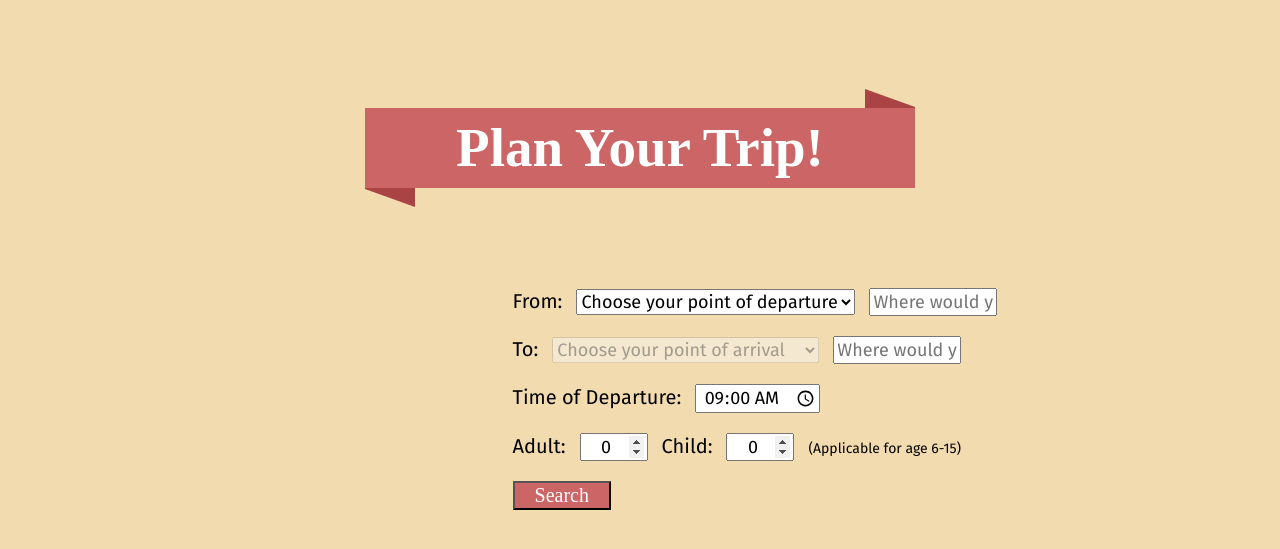
Repository: bbh0607/bae_dNation
Page: public/index.html
These files come from the project's save history. The page is drawn as it stood at one moment and after the next save; the edit follows.
The browser window is 1280 px wide. The pictures show the whole page.
Some web fonts or font styles are not loaded; a fallback is used.

Above is the page before, as saved 2020-02-01 15:22:04.

After the next save:
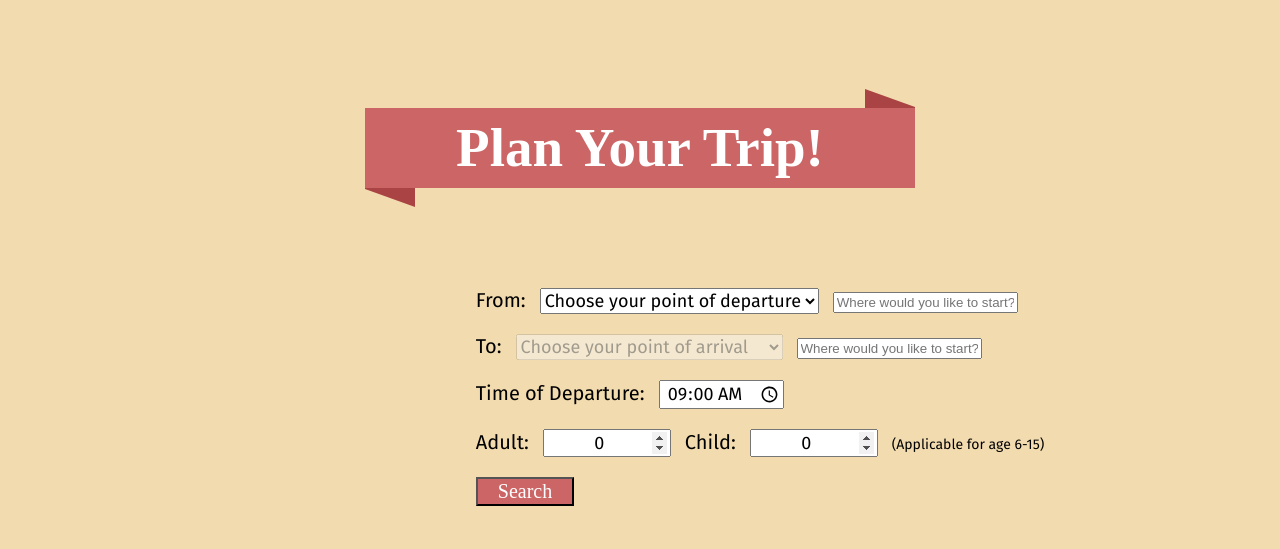
Saved 9 s later.
--- a/public/css/style.css
+++ b/public/css/style.css
@@ -73,7 +73,7 @@ input[type="number"]{
   font-size: 18px;
 }
 
-input[type="time"], input[type="text"]{
+input[type="time"], input[type="number"]{
   width: 120px;
   text-align: center;
   font-family: "Fira Sans", sans-serif;
